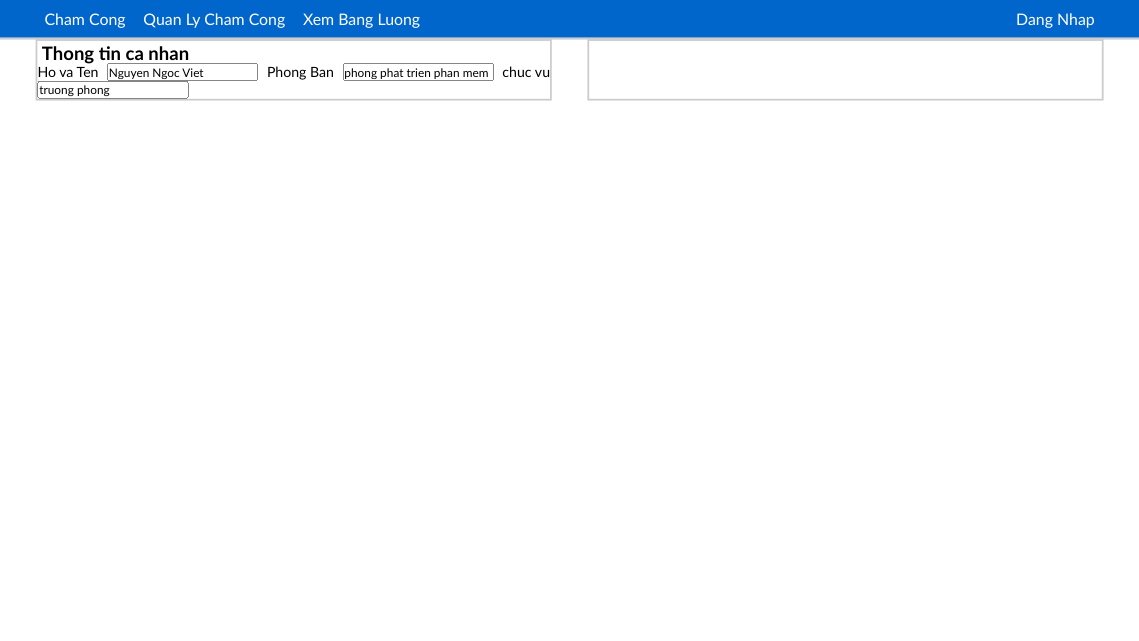
Repository: LDDUNG2003/a
Page: payroll.html
The author's editor kept a copy of each file at every save. The page is drawn from the files as they stood at one save, then again after the next save.
The browser window is 1280 px wide. The pictures show the whole page, at 89% of full size.

Above is the page before, as saved 2023-10-15 12:34:35.

### payroll.html
<!DOCTYPE html>
<html lang="en">

<head>
    <meta charset="UTF-8">
    <meta name="viewport" content="width=device-width, initial-scale=1.0">
    <title>Document</title>
    <link rel="stylesheet" href="./controlView/css/base.css">
    <link rel="stylesheet" href="/controlView/css/payfoll.css">

</head>

<body>
    <div class="main">
        <header class="app__header">
            <nav class="navBar">
                <ul class="navBar-list">
                    <li class="navBar--items"><a href="./index.html" class="navbar--link">Cham cong</a></li>
                    <li class="navBar--items"><a href="" class="navbar--link">Quan ly cham cong</a></li>
                    <li class="navBar--items">
                        <a href="" class="navbar--link">Xem bang luong</a></li>
                </ul>
                <ul class="navBar-list navBar-list--login">
                    <!-- login  -->
                    <li class="navBar--items">
                        <a href="./login.html" class="navbar--link">dang nhap</a></li>
                    <!-- admin menu -->
                    <!-- <li class="navBar--items">
                    admin
                    <ul class="account-list">
                        <li class="account--item"><a href="" class="navbar--link">admin</a></li>
                        <li class="account--item"><a href="" class="navbar--link">quan li nhan su</a></li>
                        <li class="account--item"><a href="" class="navbar--link">dang xuat</a></li>
                    </ul>
                </li> -->
                    <!-- personnel menu -->
                    <!-- <li class="navBar--items">
                    account name
                    <ul class="account-list">
                        <li class="account--item"><a href="" class="navbar--link">cai dat tai khoan</a></li>
                        <li class="account--item"><a href="" class="navbar--link">dang ki ca lam</a></li>
                        <li class="account--item"><a href="" class="navbar--link">dang xuat</a></li>
                    </ul>
                </li> -->
                </ul>
            </nav>
        </header>
        <div class="app__content">
            <div class="content-information">
                <div class="infomation--contain">
                    <h1 class="infomation--heading">Thong tin ca nhan</h1>
                    <form class="infomation" action="" method="post">
                        <label class="infomation--text" for="name">Ho va Ten</label>
                        <input class="infomation--input" type="text" name="name" value="Nguyen Ngoc Viet">
                        <label class="infomation--text" for="Department">Phong Ban</label>
                        <input class="infomation--input" type="text" name="Department" value="phong phat trien phan mem">
                        <label class="infomation--text" for="">chuc vu</label>
                        <input class="infomation--input" type="text" name value="truong phong">
                    </form>
                </div>
                <div class="infomation--contain">

                </div>
            </div>
        </div>
    </div>
</body>

</html>

### controlView/css/base.css
:root {
    --primary-color: #0066cc;
    --text-color: #040404;
}

* {
    padding: 0px;
    margin: 0px;
    font-family: 'Trebuchet MS', 'Lucida Sans Unicode', 'Lucida Grande', 'Lucida Sans', Arial, sans-serif;
}

html,
body {
    font-size: 0.62rem;
}

.main {}

.app__header {
    color: #fff;
    width: 100%;
    border-bottom: solid 2px #ccc;
    background-color: var(--primary-color);
}

.navBar {
    width: 100%;
    max-width: 1200px;
    margin: auto;
    display: flex;
    justify-content: space-between;
}

.navBar-list {
    display: flex;
    list-style: none;
    color: #fff;
}

.navBar--items {
    padding: 10px 10px;
    font-size: 1.8rem;
    position: relative;
    cursor: pointer;
    text-transform: capitalize;
}

.navBar--items::after {
    content: '';
    padding-top: 5px;
    top: 80%;
    left: 10px;
    display: none;
    /* width: 0px; */
    background-color: var(--primary-color);
    position: absolute;
    width: 70px;
}

.navBar--items:hover .navBar--items::after {
    display: block;
}

.navbar--link {
    text-decoration: none;
    color: inherit;
}

.account-list {
    position: absolute;
    width: 150px;
    display: none;
    list-style: none;
    padding: 4px;
    color: var(--text-color);
    top: 100%;
    left: 0px;
    box-shadow: #414141;
    background-color: white;
}

.navBar--items:hover .account-list {
    display: block;
}

.account--item {
    padding: 5px 0px;
    border-bottom: solid 1px #ccc;
}

.app__content {
    width: 100%;
    max-width: 1200px;
    margin: auto;
}

### controlView/css/payfoll.css
.content-information {
    display: flex;
    width: 100%;
    justify-content: space-between;
}

.infomation--contain {
    width: 48%;
    border: solid 2px #ccc;
}

.infomation--heading {
    font-size: 2.1rem;
    padding: 0px 5px;
}

.infomation {
    display: flex;
    flex-wrap: wrap;
    justify-content: space-between;
}

.infomation--text {
    font-size: 1.6rem;
}

.infomation--input {}

After the next save:
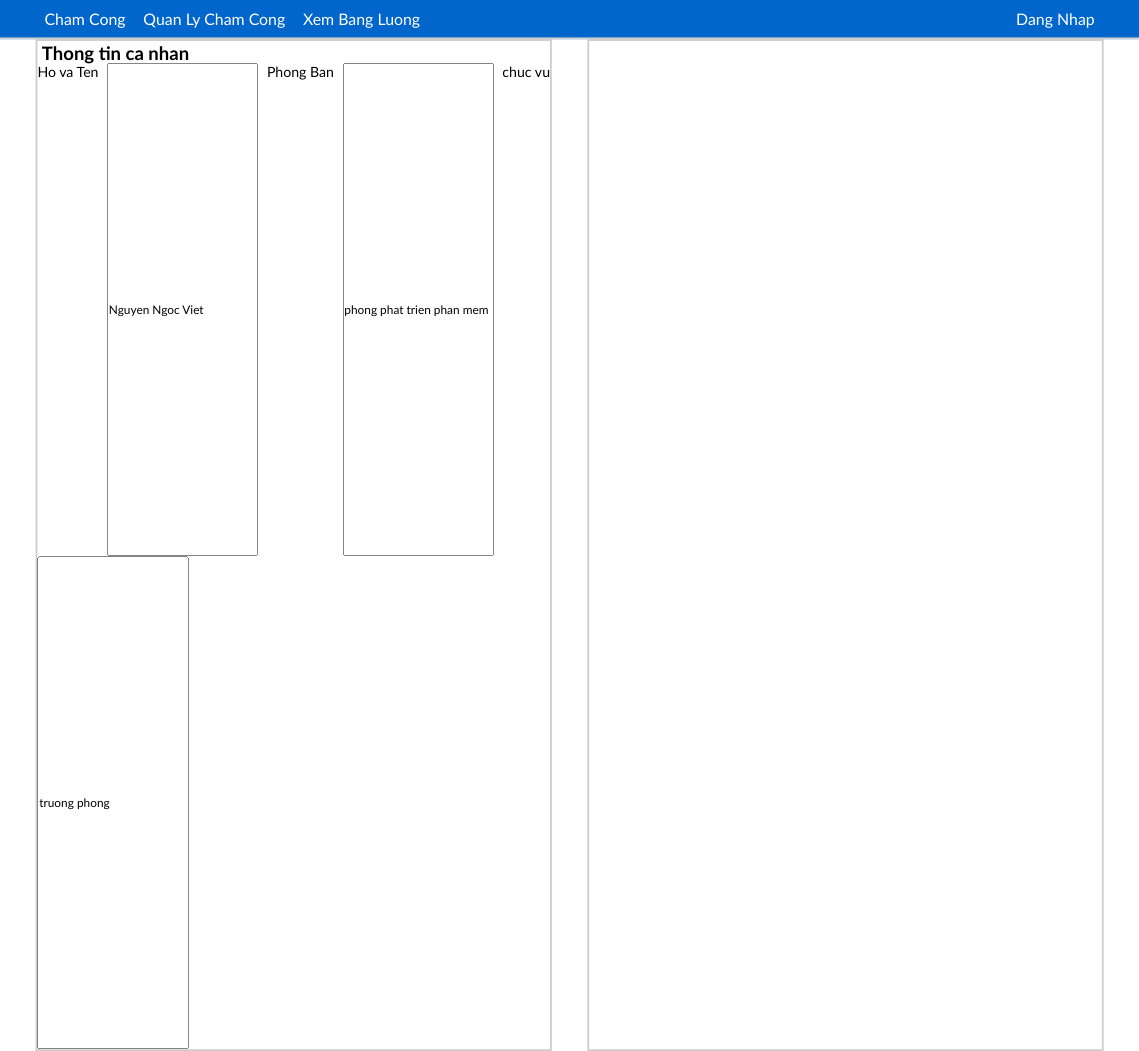
Saved 15 s later.
--- a/controlView/css/payfoll.css
+++ b/controlView/css/payfoll.css
@@ -24,4 +24,6 @@
     font-size: 1.6rem;
 }
 
-.infomation--input {}
+.infomation--input {
+    height: 550px;
+}
